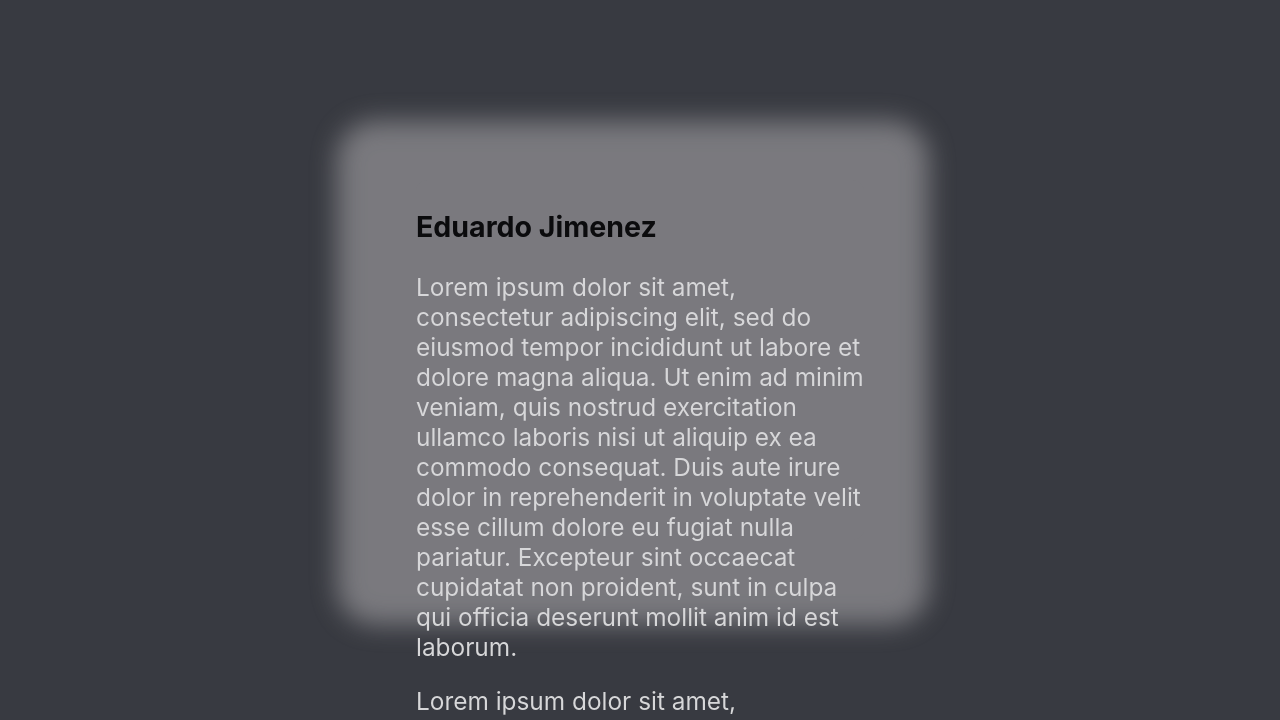
Repository: l8nightswithJS/react-my-portfolio
Page: /
These files come from the project's save history. The page is drawn as it stood at one moment and after the next save; the edit follows.
The browser window is 1280 px wide. The pictures show the whole page.
The project was rebuilt for these pictures with package versions that can differ from the ones it lists, and the page was loaded fresh each time.

Above is the page before, as saved 2021-04-29 12:43:51.

After the next save:
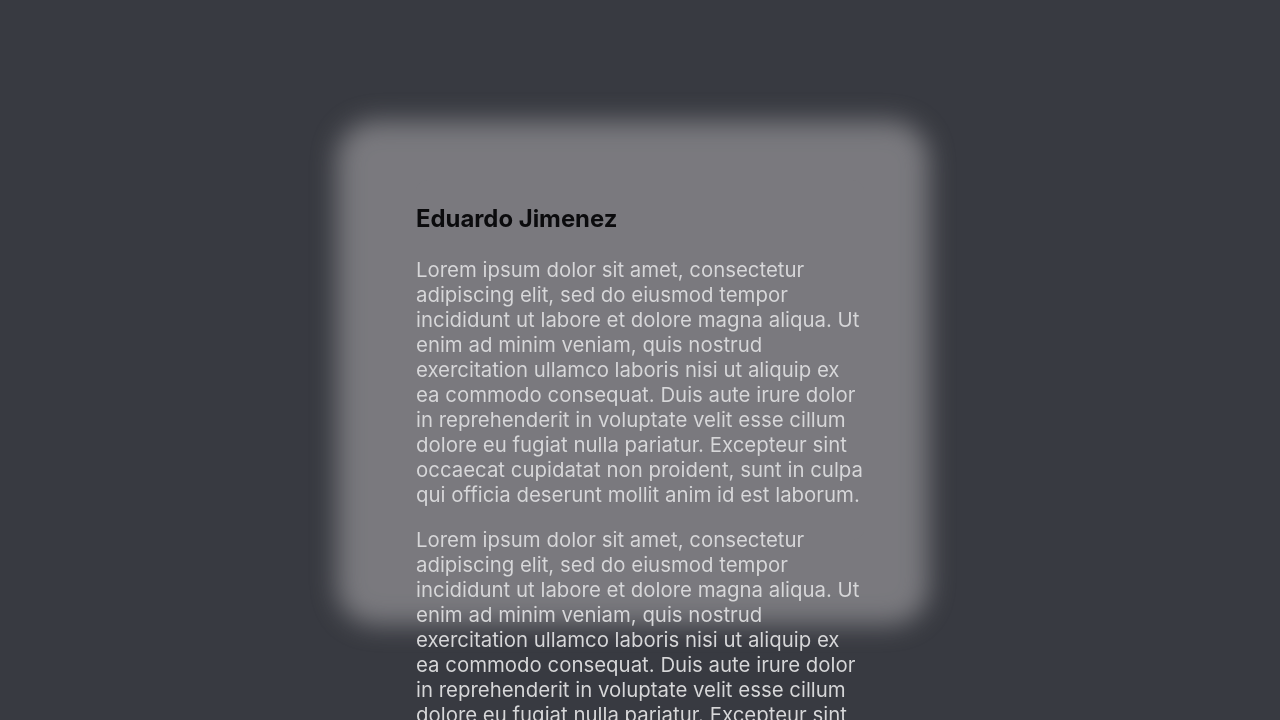
Saved 38 s later.
--- a/src/App.css
+++ b/src/App.css
@@ -14,7 +14,7 @@ section {
   height: 50vh;
   width: 35vw;
   margin: auto;
-  font-size: calc(10px + 2vmin);
+  font-size: calc(6px + 2vmin);
   color: white;
   box-shadow: -1vh 1vw 2vw 10vh rgb(139, 138, 142);
   opacity: .8;
